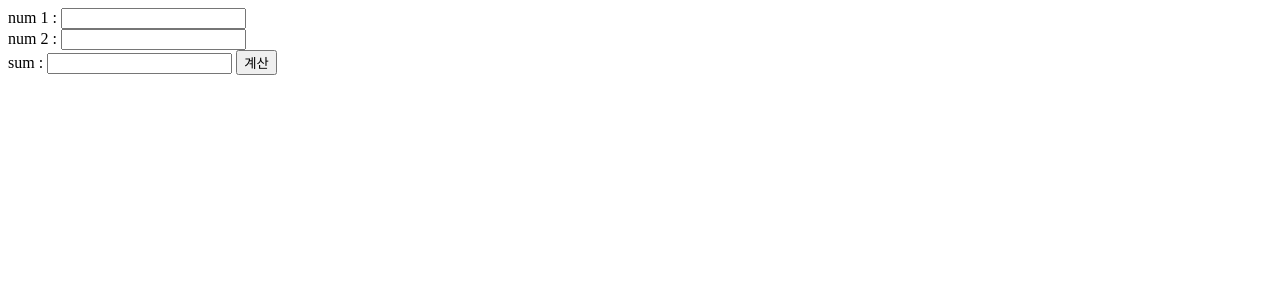
Repository: zodib0123/kdt_jsp
Page: http://localhost/MustHaveJSP/Mission/CalAdd.jsp
These files come from the project's save history. The page is drawn as it stood at one moment and after the next save; the edit follows.
The browser window is 1280 px wide. The pictures show the whole page.
The page is served by Tomcat 10. Other server files are loaded and not shown.

Above is the page before, as saved 2025-09-24 01:40:14.

### MustHaveJSP/src/main/webapp/Mission/CalAdd.jsp
<%@ page language="java" contentType="text/html; charset=UTF-8"
    pageEncoding="UTF-8"%>
<!DOCTYPE html>
<html>
<head>
<meta charset="UTF-8">
<title>간단 계산기</title>
</head>
<body>
	<%
	String num1 = request.getParameter("num1");
	String num2 = request.getParameter("num2");
	%>
	<form>
		num 1 : <input type="text" name="num1" /><br />
		num 2 : <input type="text" name="num2" /><br />
		sum : <input type="text" name="sum" />
		<input type="submit" value="계산"/>
	</form>
</body>
</html>

After the next save:
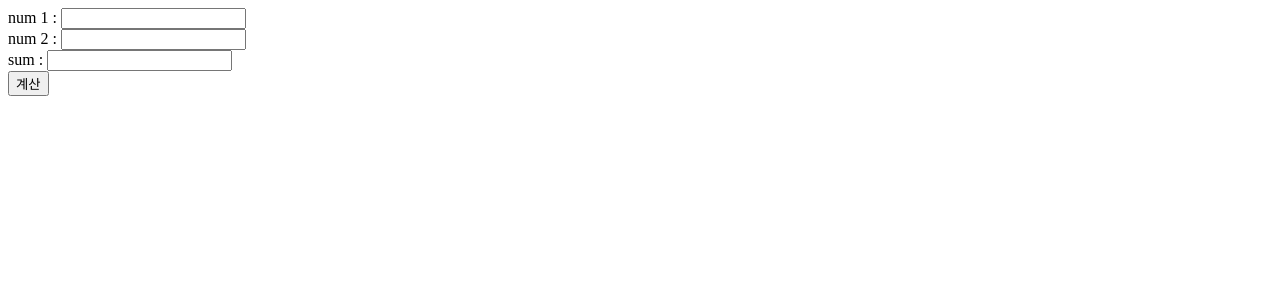
Saved 7 s later.
--- a/MustHaveJSP/src/main/webapp/Mission/CalAdd.jsp
+++ b/MustHaveJSP/src/main/webapp/Mission/CalAdd.jsp
@@ -14,7 +14,7 @@
 	<form>
 		num 1 : <input type="text" name="num1" /><br />
 		num 2 : <input type="text" name="num2" /><br />
-		sum : <input type="text" name="sum" />
+		sum : <input type="text" name="sum" /><br />
 		<input type="submit" value="계산"/>
 	</form>
 </body>
